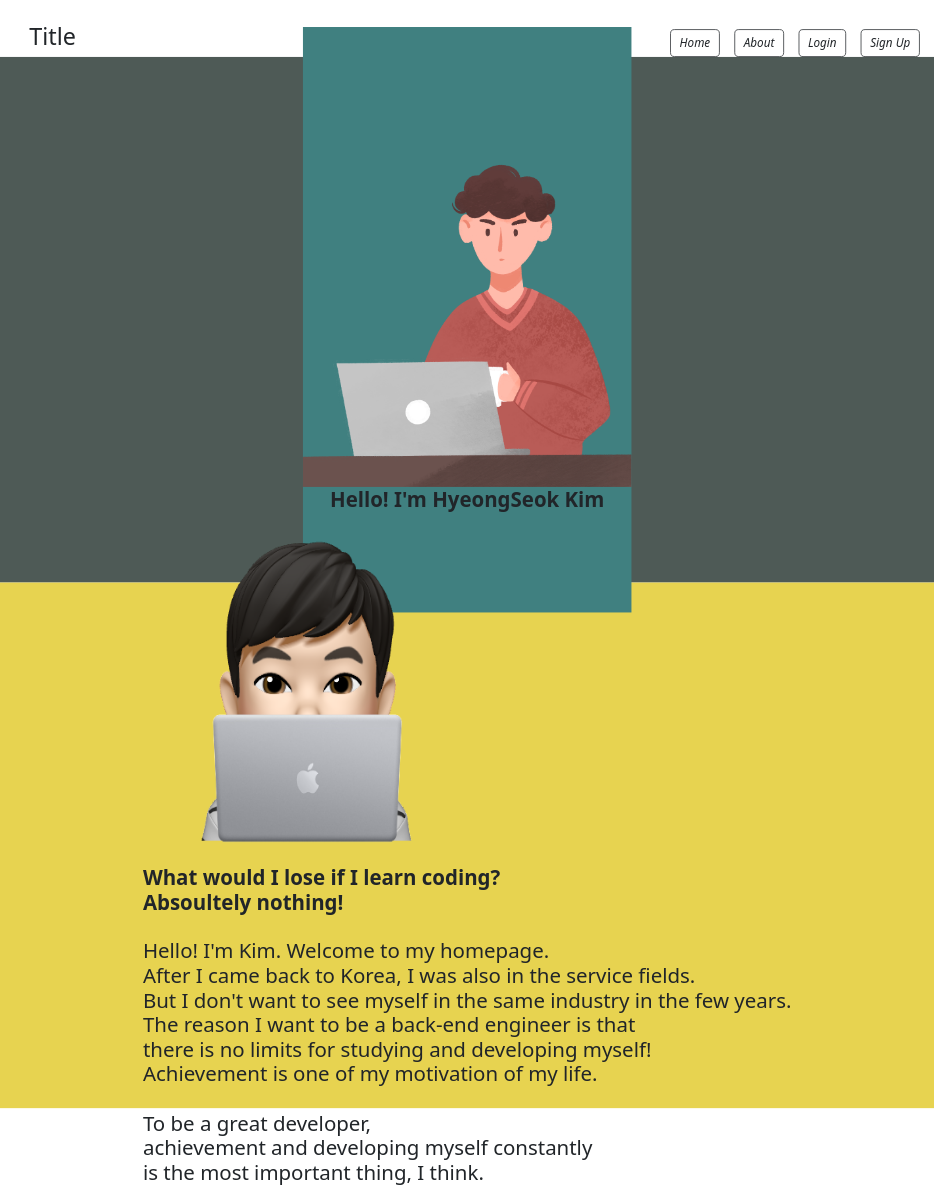
Repository: beruzz/ezen
Page: http://localhost/introduce/
An editor plug-in stored every save of this project. The page is shown before and after the next save, followed by the edit.
The browser window is 1280 px wide. The pictures show the whole page, at 73% of full size.
The page is served by Tomcat 9. The template is opened directly, without the code that normally fills it, so the values that code supplies are empty.

Above is the page before, as saved 2022-12-14 08:20:43.

After the next save:
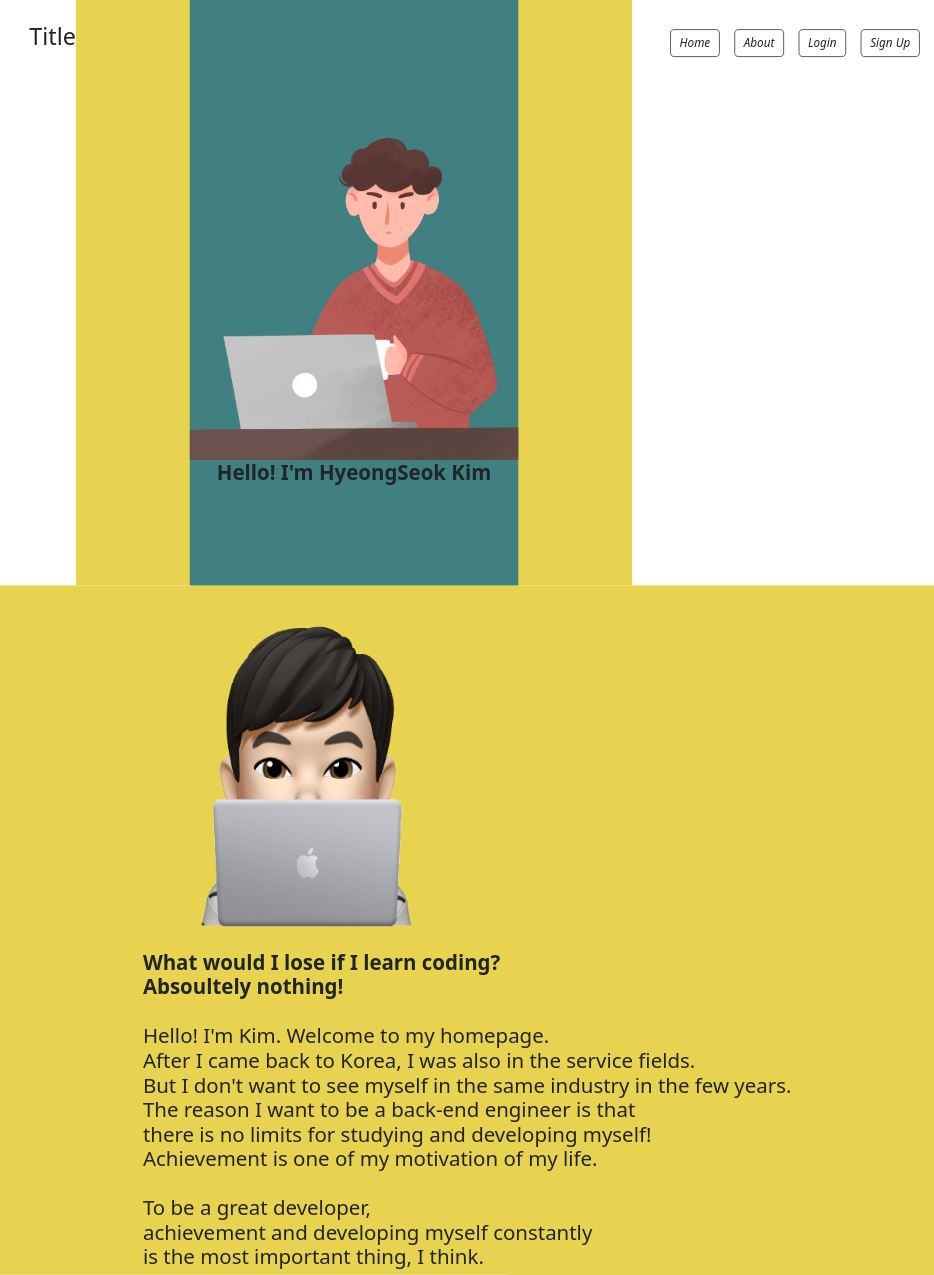
Saved 52 s later.
--- a/JSP_Board&Member/introduce/src/main/webapp/css/scroll.css
+++ b/JSP_Board&Member/introduce/src/main/webapp/css/scroll.css
@@ -7,14 +7,14 @@
     scroll-snap-type: y mandatory;
 }
 
-.list{
+/*.list{
     width:100%;
     height:100vh;
     display: flex;
     justify-content: center;
     align-items: center;
     scroll-snap-align: center;
-}
+}*/
 
 /* .list:nth-child(1){
     background-color: rgb(0, 0, 0);
@@ -23,9 +23,9 @@
     background-position: center;
 } */
 
-.list:nth-child(2){
+/*.list:nth-child(2){
     background-color: #4e5a56;
     background-size: cover;
     background-attachment: fixed;
     background-position: center;
-}
+}*/
